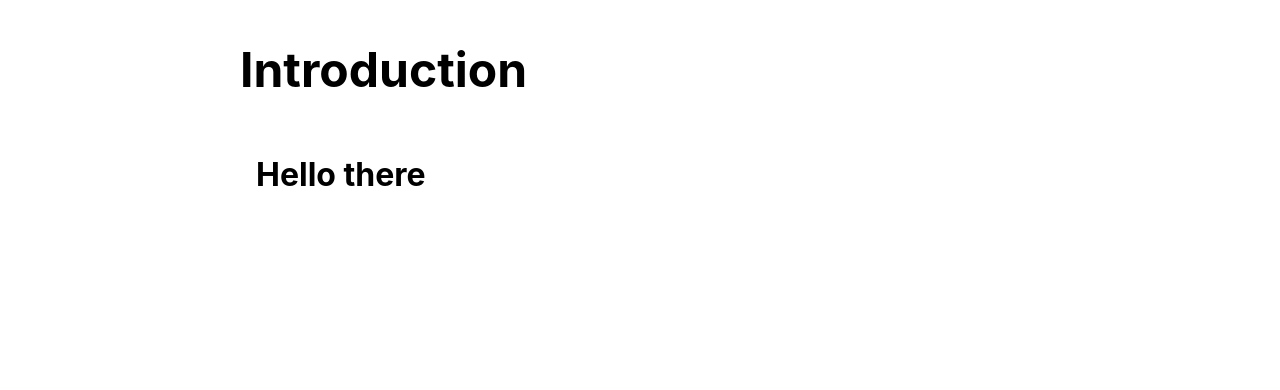
Repository: baodien1405/react-with-typescript
Page: /
The author's editor kept a copy of each file at every save. The page is drawn from the files as they stood at one save, then again after the next save.
The browser window is 1280 px wide. The pictures show the whole page.
The project was rebuilt for these pictures with package versions that can differ from the ones it lists, and the page was loaded fresh each time.

Above is the page before, as saved 2021-06-08 13:35:35.

After the next save:
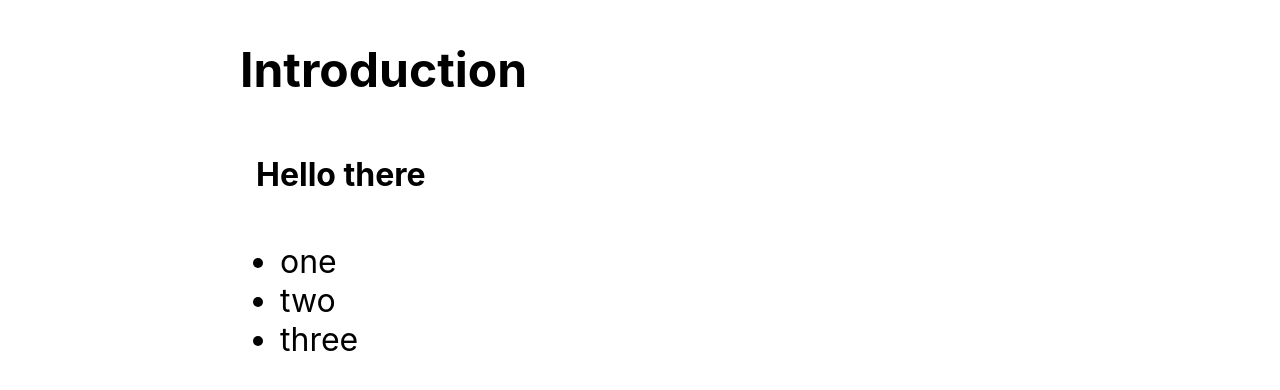
Saved 4 min 52 s later.
--- a/src/App.tsx
+++ b/src/App.tsx
@@ -9,11 +9,22 @@ const Box: React.FunctionComponent = ({children}) => (
   </div>
 )
 
+const List: React.FunctionComponent<{items: string[]}> = ({items}) => (
+  <ul>
+    {
+      items.map((item, index) => {
+        return <li key={index}>{item}</li>
+      })
+    }
+  </ul>
+)
+
 function App() {
   return (
     <div className="App">
      <Heading title="Introduction" />
      <Box>Hello there</Box>
+     <List items={["one", "two", "three"]} />
     </div>
   );
 }
